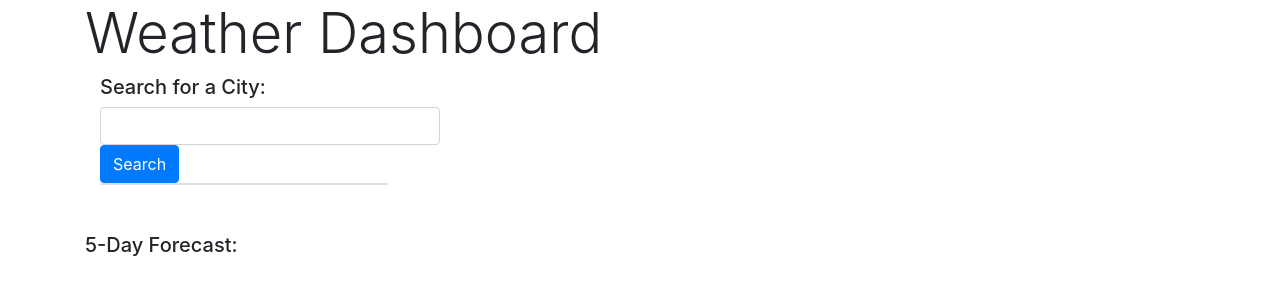
Repository: LaBrewT2/weather-dashboard
Page: index.html
These files come from the project's save history. The page is drawn as it stood at one moment and after the next save; the edit follows.
The browser window is 1280 px wide. The pictures show the whole page.
Some web libraries are served in a nearby version.

Above is the page before, as saved 2020-11-26 19:51:00.

After the next save:
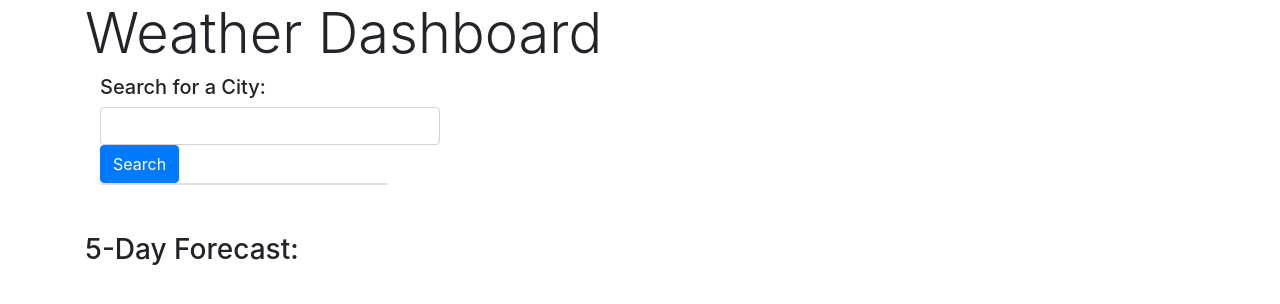
Saved 64 s later.
--- a/index.html
+++ b/index.html
@@ -48,7 +48,7 @@
       </div>
 
       <div id="forecast">
-        <h5>5-Day Forecast:</h5>
+        <h3>5-Day Forecast:</h5>
         <div class="row">
           <section class="col daily" id="day1"></section>
           <section class="col daily" id="day2"></section>
